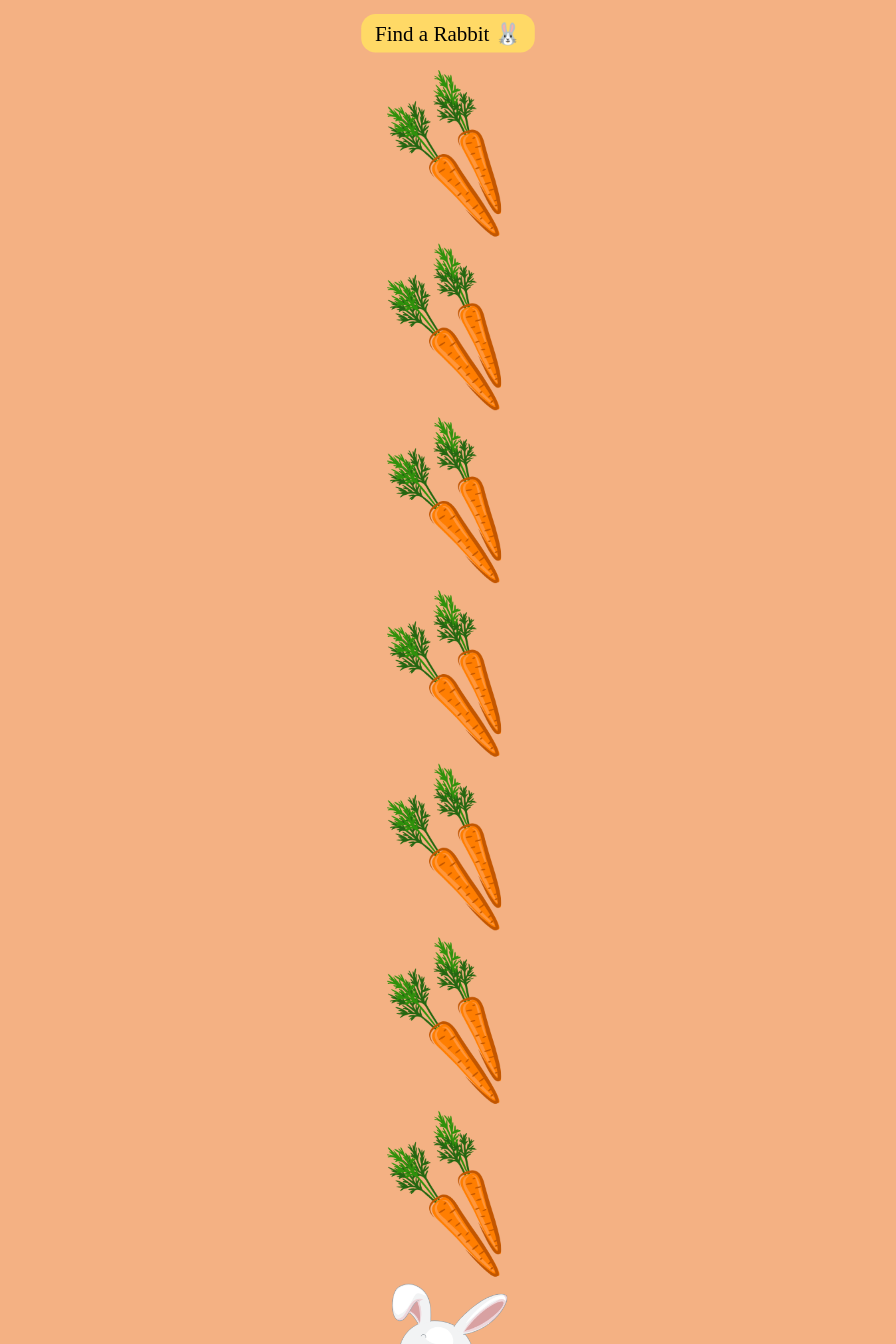
Repository: sephinejo/frontend-browser-101
Page: browser/practice-find-rabbit/index.html
The author's editor kept a copy of each file at every save. The page is drawn from the files as they stood at one save, then again after the next save.
The browser window is 1280 px wide. The pictures show the part of the page from y = 0 to 1920 px (the page is 3036 px tall before and 3017 px after), at 70% of full size.
Some web fonts or font styles are not loaded; a fallback is used.

Above is the page before, as saved 2023-05-10 21:17:40.

After the next save:
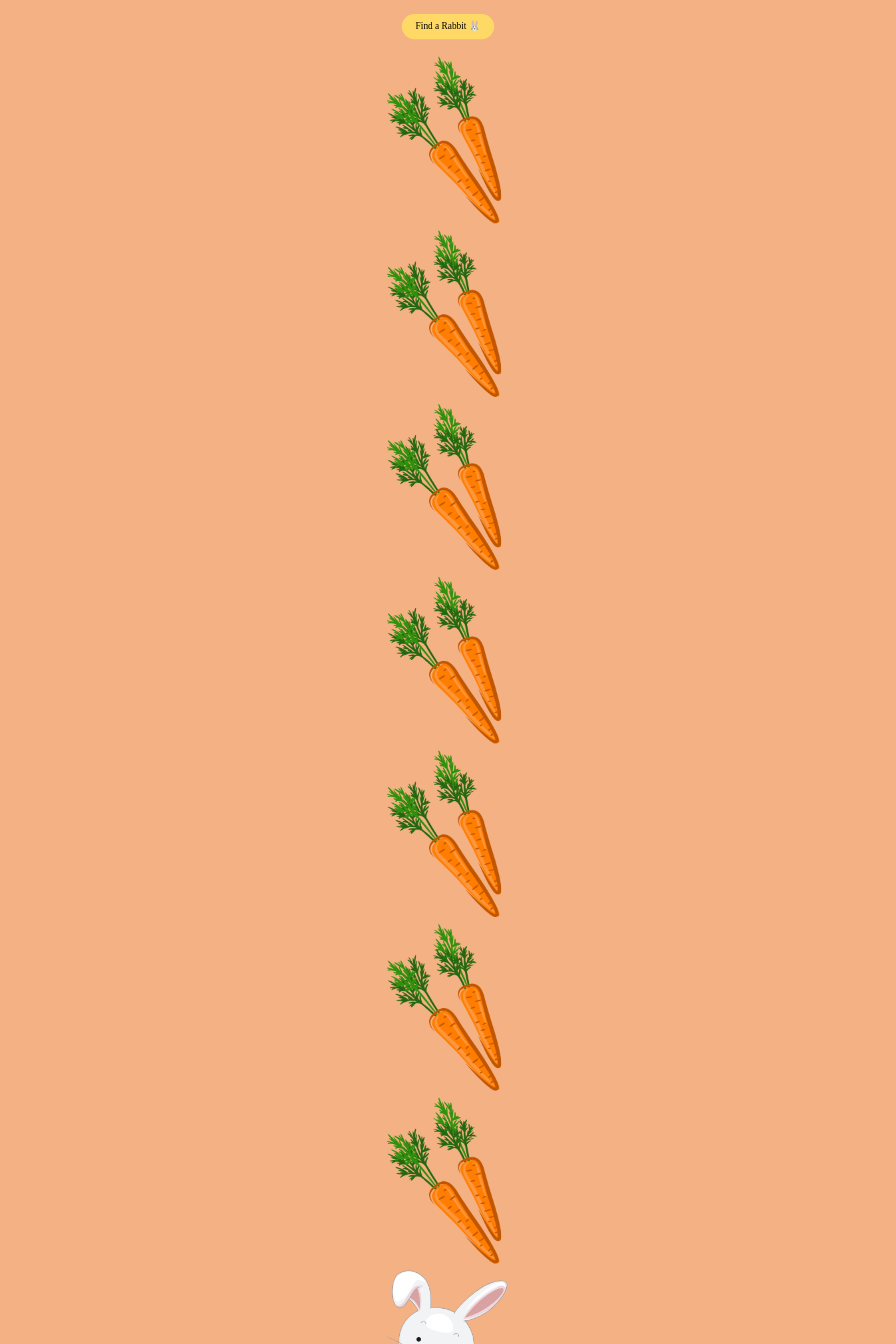
Saved 23 s later.
--- a/browser/practice-find-rabbit/index.html
+++ b/browser/practice-find-rabbit/index.html
@@ -25,6 +25,7 @@
         margin: 20px 0;
         padding: 10px 20px;
         background-color: #ffd966;
+        color: #FFF2CC
         font-size: 30px;
         font-family: Alice;
       }

After the save that followed:
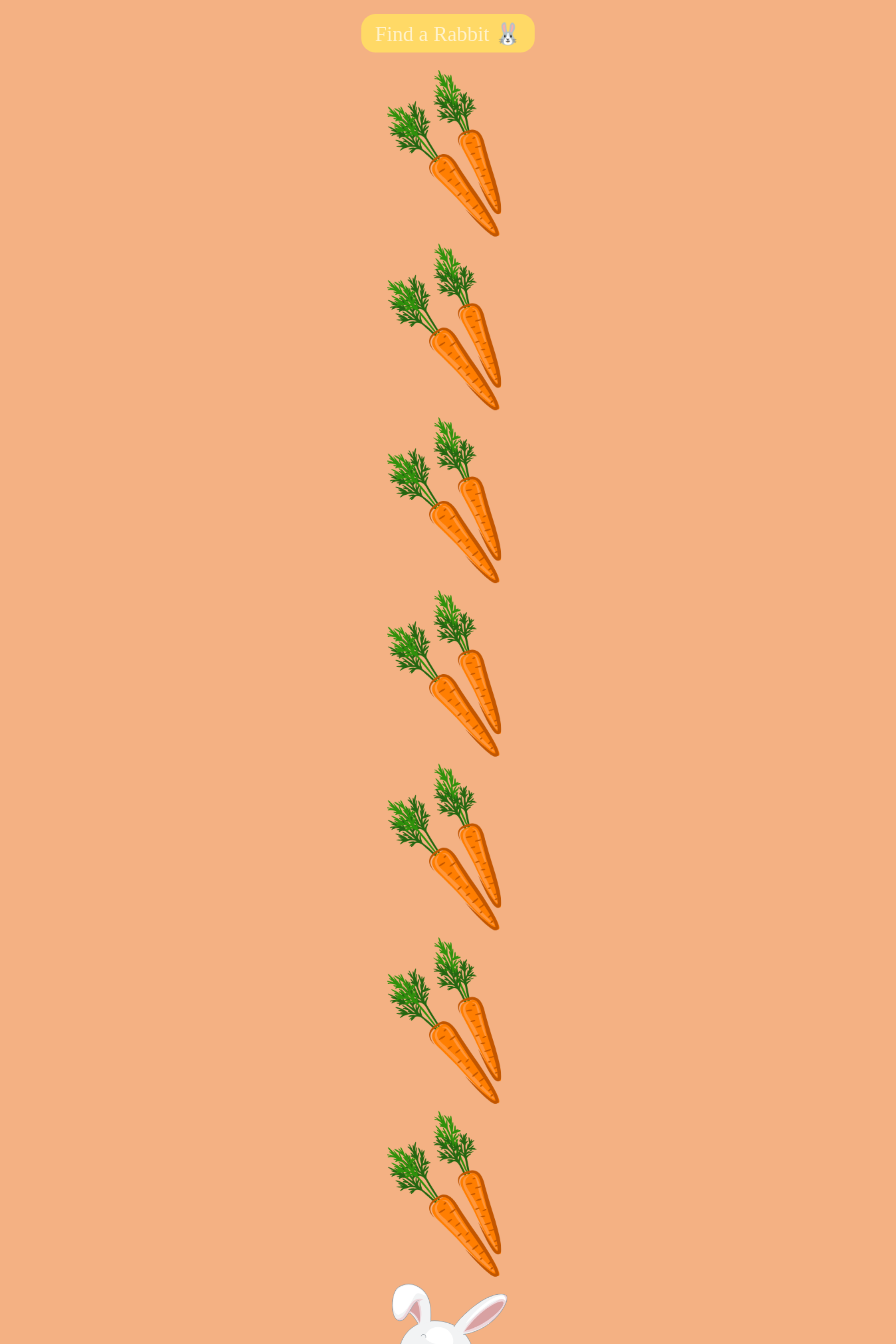
Saved 4 s later.
--- a/browser/practice-find-rabbit/index.html
+++ b/browser/practice-find-rabbit/index.html
@@ -25,7 +25,7 @@
         margin: 20px 0;
         padding: 10px 20px;
         background-color: #ffd966;
-        color: #FFF2CC
+        color: #fff2cc;
         font-size: 30px;
         font-family: Alice;
       }
